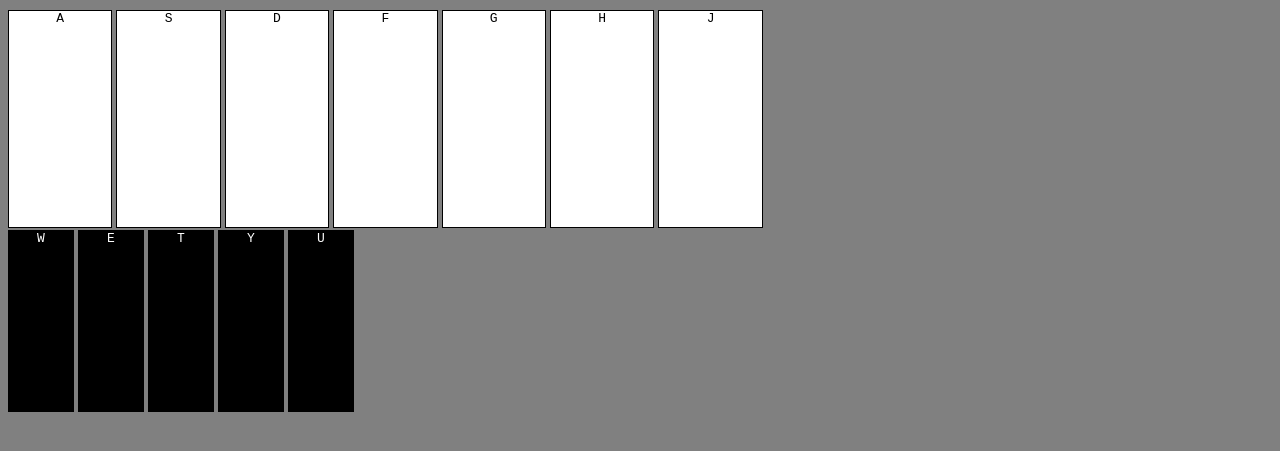
Repository: ctcoleman/Virtual-Piano
Page: index.html
An editor plug-in stored every save of this project. The page is shown before and after the next save, followed by the edit.
The browser window is 1280 px wide. The pictures show the whole page.

Above is the page before, as saved 2020-07-20 08:50:10.

After the next save:
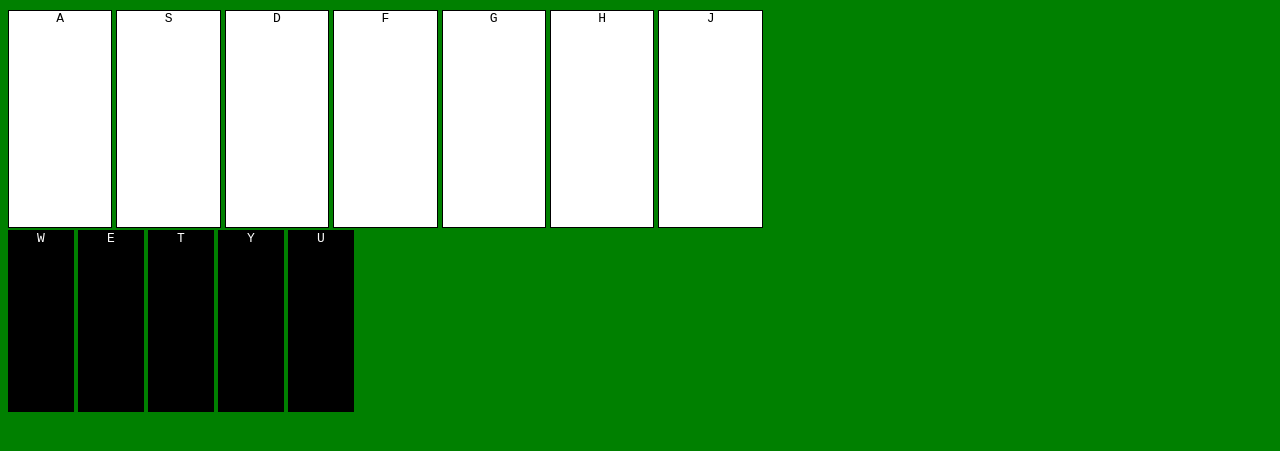
Saved 8 s later.
--- a/index.css
+++ b/index.css
@@ -1,5 +1,5 @@
 html {
-    background: grey;
+    background: green;
     color: black;
     box-sizing: border-box;
 }
